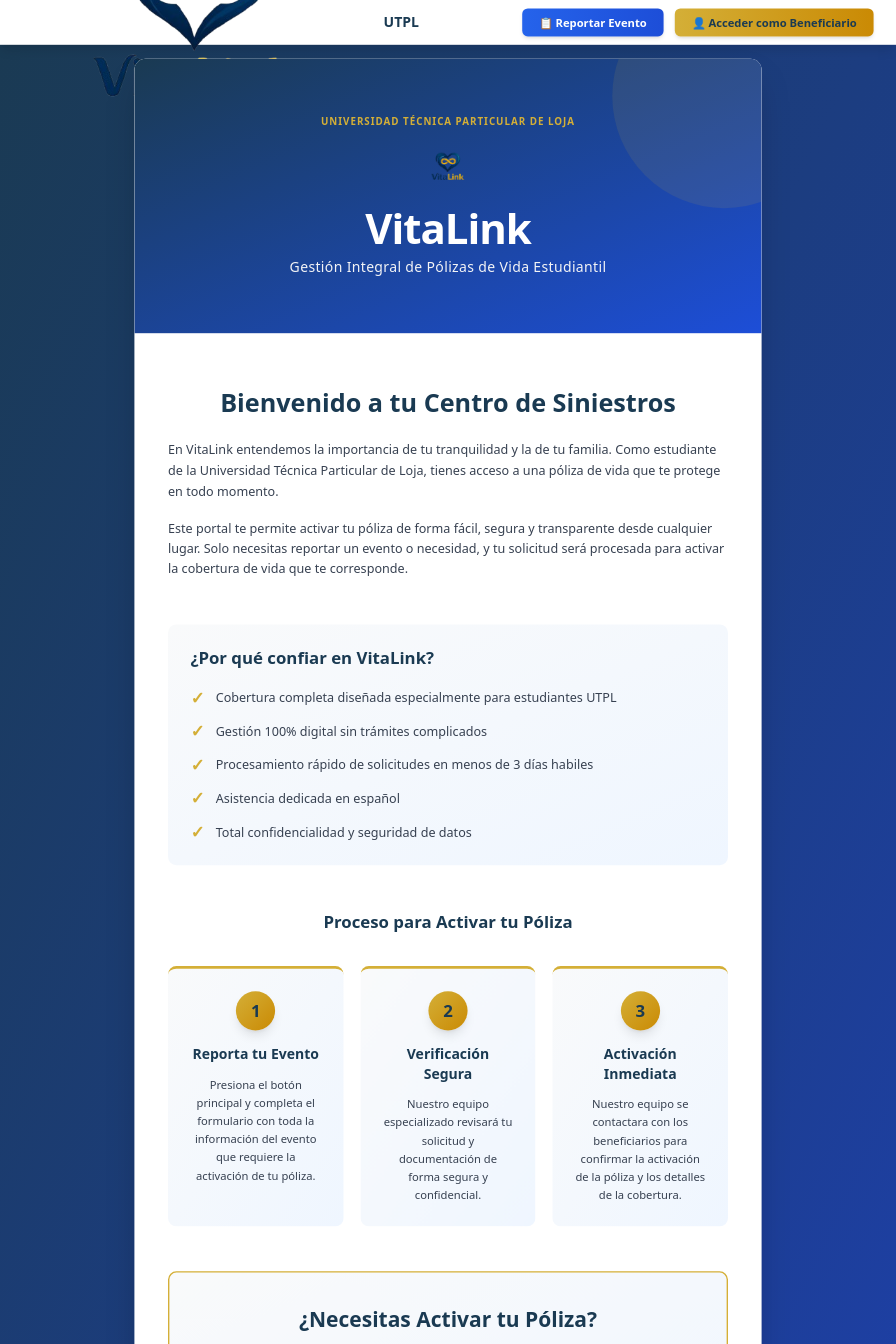
Repository: Carlosmicael/seguroVitaLink
Page: templates/siniestros/siniestro_report.html
An editor plug-in stored every save of this project. The page is shown before and after the next save, followed by the edit.
The browser window is 1280 px wide. The pictures show the part of the page from y = 0 to 1920 px (the page is 2668 px tall), at 70% of full size.
Some web libraries are served in a nearby version. The template is drawn by Django 5.2. The application's start-up code is not run. The template is opened directly, without the code that normally fills it, so the values that code supplies are empty.

Above is the page before, as saved 2026-01-03 19:53:21.

After the next save:
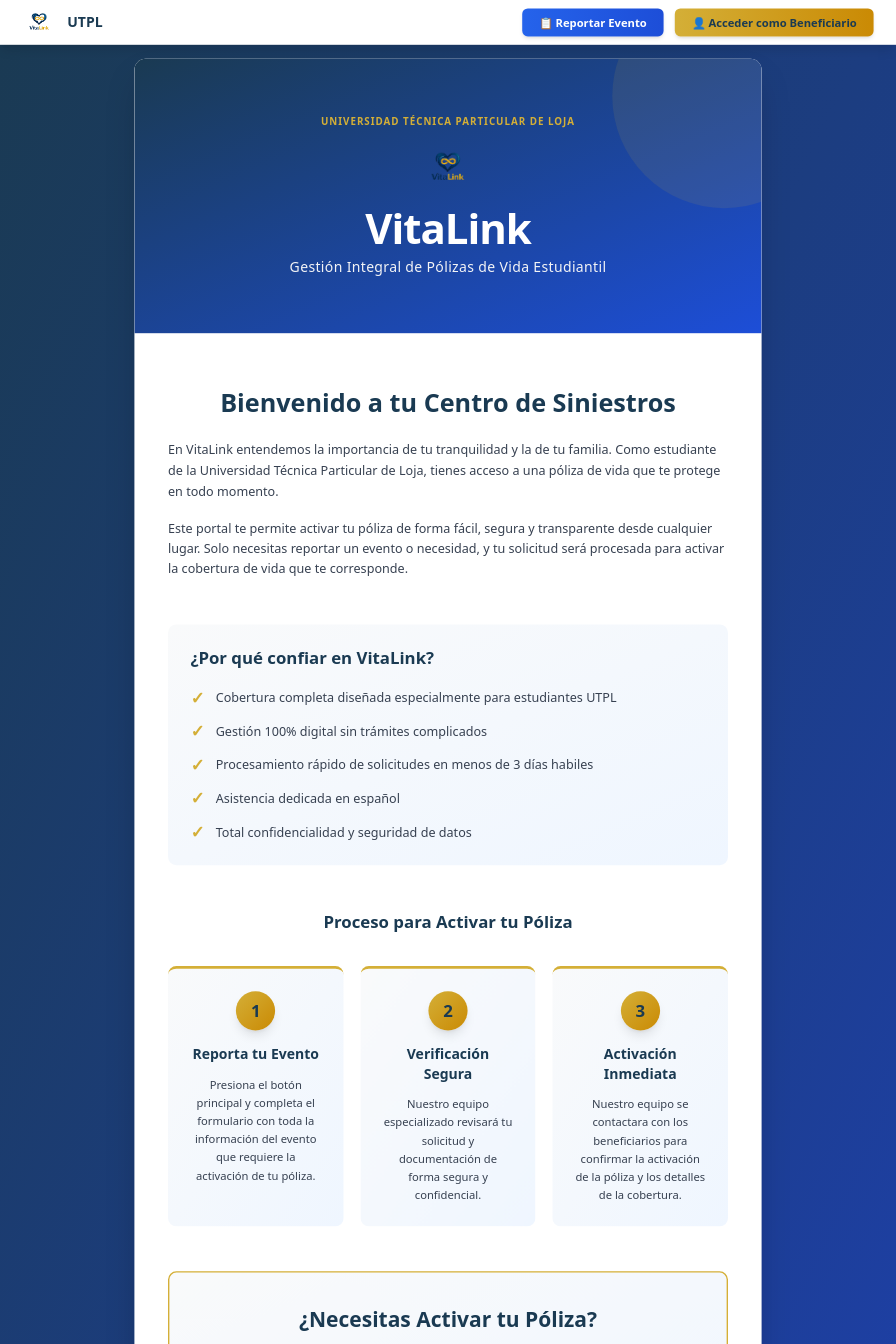
Saved 14 s later.
--- a/templates/siniestros/siniestro_report.html
+++ b/templates/siniestros/siniestro_report.html
@@ -26,7 +26,7 @@
             <div class="flex justify-between items-center h-16">
                 <div class="flex items-center">
                     <a href="{% url 'siniestros:inicio' %}" class="flex items-center">
-                        <img src="{% static 'img/logoVitalink.png' %}" alt="VitaLink Logo" class="h-50 mr-2">
+                        <img src="{% static 'img/logoVitalink.png' %}" alt="VitaLink Logo" class="h-12 mr-2">
                         <span class="ml-2 text-utpl-blue font-bold text-xl">UTPL</span>
                     </a>
                 </div>
